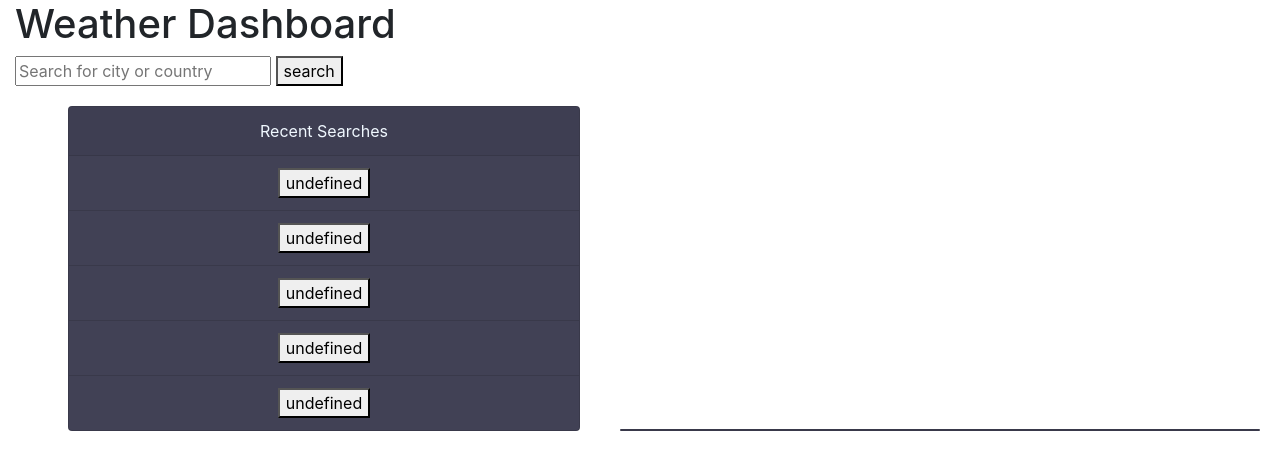
Repository: cobalt88/weather-forecast-app
Page: index.html
An editor plug-in stored every save of this project. The page is shown before and after the next save, followed by the edit.
The browser window is 1280 px wide. The pictures show the whole page.
The page's requests for data from a server got no answer. Some web libraries are served in a nearby version.

Above is the page before, as saved 2022-05-23 12:25:39.

### index.html
<!DOCTYPE html>
<html lang="en">
  <head>
    <meta charset="UTF-8" />
    <meta http-equiv="X-UA-Compatible" content="IE=edge" />
    <meta name="viewport" content="width=device-width, initial-scale=1.0" />
    <link
      rel="stylesheet"
      href="https://stackpath.bootstrapcdn.com/bootstrap/4.3.1/css/bootstrap.min.css"
    />
    <link
      rel="stylesheet"
      href="https://use.fontawesome.com/releases/v5.8.1/css/all.css"
      integrity="sha384-50oBUHEmvpQ+1lW4y57PTFmhCaXp0ML5d60M1M7uH2+nqUivzIebhndOJK28anvf"
      crossorigin="anonymous"
    />
    <link
      href="https://fonts.googleapis.com/css?family=Open+Sans&display=swap"
      rel="stylesheet"
    />

    <link href="./assets/style.css" rel="stylesheet" />
    <title>Weather</title>
  </head>

  <body>
    <header>
      <h1 class="center col-12">Weather Dashboard</h1>
    </header>
    <div class="col-xl-4 col-lg-4 col-md-4 col-sm-4 col-4">
      <input
        type="text"
        id="searchInput"
        placeholder="Search for city or country"
      />
      <button type="button" id="search-button">search</button>
    </div>
    <div class="cardContainer">
        <div  id="history" class="card history-card">
          <div class="card-header">
            Recent Searches
          </div>
            <ul class="list-group list-group-flush" id="history-container">
          </ul>
        </div>
        <div class="card" id="today">
      </div>
    </div>
    <div id="5-day-container" class="cardContainer">
    </div>
    <script src="https://code.jquery.com/jquery-3.4.1.min.js"></script>
    <script src="https://cdnjs.cloudflare.com/ajax/libs/moment.js/2.20.1/moment.min.js"></script>
    <script src="./assets/logic_2.js"></script>
  </body>
</html>

### assets/style.css
.card {
  display: flex;
  background-color: rgb(65, 65, 85);
  color: aliceblue;
  margin: 20px;
}

.history-card {
  display: flex;
  justify-content: flex-start;
  width: 40%;
  text-align: center;
}

.list-group-item {
  background-color: rgb(65, 65, 85);
}

#today {
  display: flex;
  width: 50%;
  max-height: 500px;
  align-self: flex-end;
}

img {
  max-height: 100px;
  max-width: 100px;
}

.cardContainer {
  display: flex;
  flex-direction: row;
  justify-content: flex-end;
  flex-wrap: wrap;
}

.cityList {
  display: flex;
  flex-direction: row;
  width: 25%;
  max-width: 500px;
}

.uvMin{
  color: green;
}

.uvModerate {
  color: rgb(254, 254, 68);
}

.uvHigh {
  color: orange;
}

.uvSevere {
  color: red;
}

.uvExtreme {
  color: violet
}

@media only screen and (max-width: 900px) {
  #today {
    width: 90%;
  }

  .history-card {
    width: 90%;
  }

}

@media only screen and (max-width: 500px) {
  .cardContainer {
    display: flex;
    flex-direction: column;
    justify-content: center;
    align-items: center;
  }
}

### assets/logic_2.js

const apiKey = '486a30fe2a4040f404391459060015ad';
var displayArr = [];
var geoArr = [];
var oneCallDataArr = [];
var searchInput = localStorage.getItem('lastSearch');
var lat = '';
var lon = '';
var forecastContainer = document.getElementById('5-day-container');
var currentDay = document.getElementById('today');
const history = document.getElementById('history-container');
const historyArr = [];

function geoLocate() {
  var requestLocationUrl = `https://api.openweathermap.org/geo/1.0/direct?q=${searchInput}&limit=1&appid=${apiKey}`
  fetch(requestLocationUrl)
  .then(function(response){
    return response.json();
  })
  .then(function(currentLocation) {
    let tempArr = [];
    tempArr.push(currentLocation);
    geoArr = tempArr;
    let lat2 = geoArr[0][0].lat;
    lat = lat2;
    let lon2 = geoArr[0][0].lon;
    lon = lon2;
  })
.then(function(){
    oneCall();
  });
};

function oneCall() {
  let oneCallApi = `https://api.openweathermap.org/data/2.5/onecall?lat=${lat}&lon=${lon}&exclude=minutely&appid=${apiKey}`
  fetch(oneCallApi)
  .then(function(response){
    return response.json();
  })
  .then(function(allData) {
    let tempArr = [];
    tempArr.push(allData)
    oneCallDataArr = tempArr;
    forecastDisplayHandler();
  })
  .then(function(){
    // console.log(oneCallDataArr)
  })
};

  function kelvinToImperial (x) {
    Math.round((x - 273.15) * 1.8 + 32);
  }



const forecastDisplayHandler = async() => {
  forecastContainer.innerHTML = '';
  var now = moment().format('dddd MMMM do YYYY, h:mm a');
  var currentCity = geoArr[0][0].name;
  let tempKd = oneCallDataArr[0].daily[0].temp.day;
  let tempKmax = oneCallDataArr[0].daily[0].temp.max;
  let tempKmin = oneCallDataArr[0].daily[0].temp.min;
  let tempKe = oneCallDataArr[0].daily[0].temp.eve;

  let tempFd = Math.round((tempKd - 273.15) * 1.8 + 32);
  let tempFmin = Math.round((tempKmin - 273.15) * 1.8 + 32);
  let tempFmax = Math.round((tempKmax - 273.15) * 1.8 + 32);
  let tempFe = Math.round((tempKe - 273.15) * 1.8 + 32);

  let windSpeed = oneCallDataArr[0].daily[0].wind_speed;
  let windGust = oneCallDataArr[0].daily[0].wind_gust;
  let humidity = oneCallDataArr[0].daily[0].humidity;
  let uvIndex = oneCallDataArr[0].daily[0].uvi;
  let icon = oneCallDataArr[0].daily[0].weather[0].icon;
  let uvStyle = (uvIndex < 2) ? 'uvMin' : (uvIndex < 5) ? 'uvModerate' : (uvIndex < 7) ? 'uvHigh' : (uvIndex < 10) ? 'uvSevere' : 'uvExtreme';


  let iconSrc = `https://openweathermap.org/img/wn/${icon}@2x.png`

   currentDay.innerHTML =
  `

    <h2 id="city">${currentCity}</h2>
    <h4 id="date">${now}</h4>
    <img src="${iconSrc}" alt="Weather Icon">
    <p id="weather-${i}></p>
    <p id="temp-${i}">Day Temp: ${tempFd}</p>
    <p id="temp-${i}">Evening Temp: ${tempFe}</p>
    <p id="temp-${i}">Max Temp: ${tempFmax}</p>
    <p id="temp-${i}">Min Temp: ${tempFmin}</p>
    <p id="wind-${i}">Average Wind Speed: ${windSpeed}</p>
    <p id="wind-${i}">Wind Gust: ${windGust}</p>
    <p id="humidity-${i}">Relative Humidity: ${humidity}%</p>
    <p id="uv-index${i}" class="${uvStyle}">UV Index: ${uvIndex}</p>
    `;



for (var i = 1; i < 6; i++) {

  let unixTime = oneCallDataArr[0].daily[i].dt;
  let dateString = moment.unix(unixTime).format("MM/DD/YYYY");

  let tempKmax = oneCallDataArr[0].daily[i].temp.max;
  let tempKmin = oneCallDataArr[0].daily[i].temp.min;

  let tempFmin = Math.round((tempKmin - 273.15) * 1.8 + 32);
  let tempFmax = Math.round((tempKmax - 273.15) * 1.8 + 32);

  let humidity = oneCallDataArr[0].daily[i].humidity;
  let uvIndex = oneCallDataArr[0].daily[i].uvi;
  let icon = oneCallDataArr[0].daily[i].weather[0].icon;
  let uvStyle = (uvIndex < 2) ? 'uvMin' : (uvIndex < 5) ? 'uvModerate' : (uvIndex < 7) ? 'uvHigh' : (uvIndex < 10) ? 'uvSevere' : 'uvExtreme';


  let iconSrc = `https://openweathermap.org/img/wn/${icon}@2x.png`

  forecastContainer.innerHTML +=
      `
      <div id="day ${i}" class="card col-10 col-sm-5 col-lg-3">
        <h2 id="date" class="card-title">${dateString}</h2>
          <img src="${iconSrc}" class="card-img-top" alt="Weather Icon"/>
            <p id="weather-${i}></p>
            <p id="temp-${i}">Max Temp: ${tempFmin}</p>
            <p id="temp-${i}">Min Temp: ${tempFmax}</p>
            <p id="humidity-${i}">Relative Humidity: ${humidity}%</p>
            <p id="uv-index${i}" class="${uvStyle}">UV Index: ${uvIndex}</p>
      </div>
    `
};
}


function addItem(searchInput) {
  var existingEntries = JSON.parse(localStorage.getItem("cities") || '[]');

  if (!existingEntries.includes(searchInput)) {
    existingEntries.push(searchInput);
    localStorage.setItem("cities", JSON.stringify(existingEntries));
  }
}


const storage = async() => {
  let storage = []
  storedStuff = await JSON.parse(localStorage.getItem("cities"));
  if(storedStuff != undefined){
     historyArr.push(...storedStuff);
  }

  console.log(storage);
}

function displayHistory() {
  history.innerHTML = '';
for(var i = 0; i < 5; i++) {
  history.innerHTML +=  `<li class="list-group-item"><button type="button" id="list-button">${historyArr[i]}</button></li>`;
  }
}

$("#search-button").on("click", function () {
  searchInput = $(this).siblings("#searchInput").val();
  addItem(searchInput);
  geoLocate();

});

$("#list-button").on("click", function(){

  console.log('button has been clicked');
});



$(document).ready(function(){


  searchInput = 'Orlando';
  geoLocate();
  storage()
  displayHistory();
} );

After the next save:
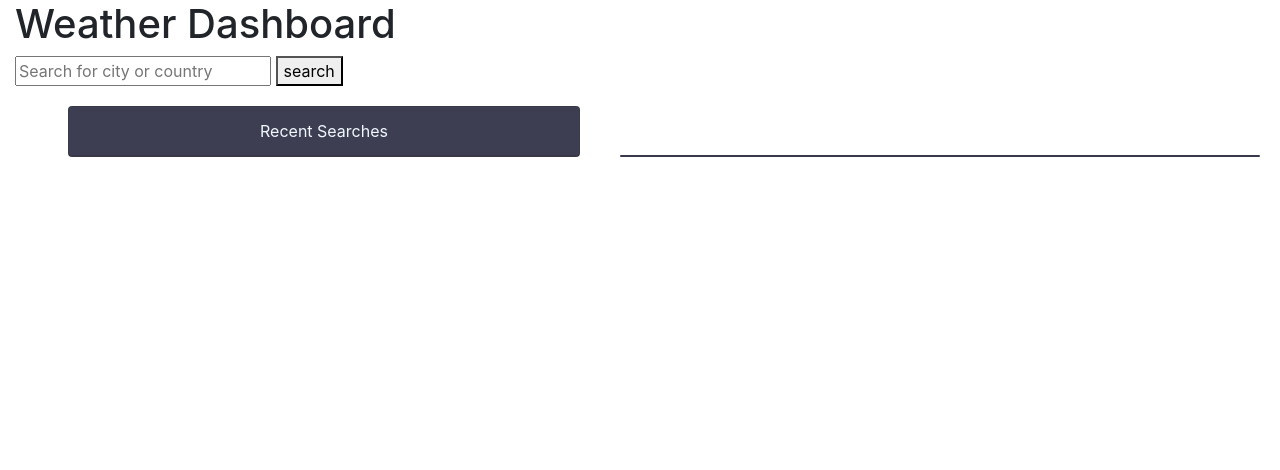
Console error: ReferenceError: Cannot access 'storage' before initialization
Saved 25 min 30 s later.
--- a/assets/logic_2.js
+++ b/assets/logic_2.js
@@ -9,7 +9,7 @@
 var forecastContainer = document.getElementById('5-day-container');
 var currentDay = document.getElementById('today');
 const history = document.getElementById('history-container');
-const historyArr = [];
+
 
 function geoLocate() {
   var requestLocationUrl = `https://api.openweathermap.org/geo/1.0/direct?q=${searchInput}&limit=1&appid=${apiKey}`
@@ -159,6 +159,13 @@
   }
 }
 
+const readyPage = async () => {
+  searchInput = 'Orlando';
+  geoLocate();
+  let storage = await storage()
+  displayHistory();
+} ;
+
 $("#search-button").on("click", function () {
   searchInput = $(this).siblings("#searchInput").val();
   addItem(searchInput);
@@ -173,11 +180,4 @@
 
 
 
-$(document).ready(function(){
-
-
-  searchInput = 'Orlando';
-  geoLocate();
-  storage()
-  displayHistory();
-} );
+$(document).ready(readyPage)

After the save that followed:
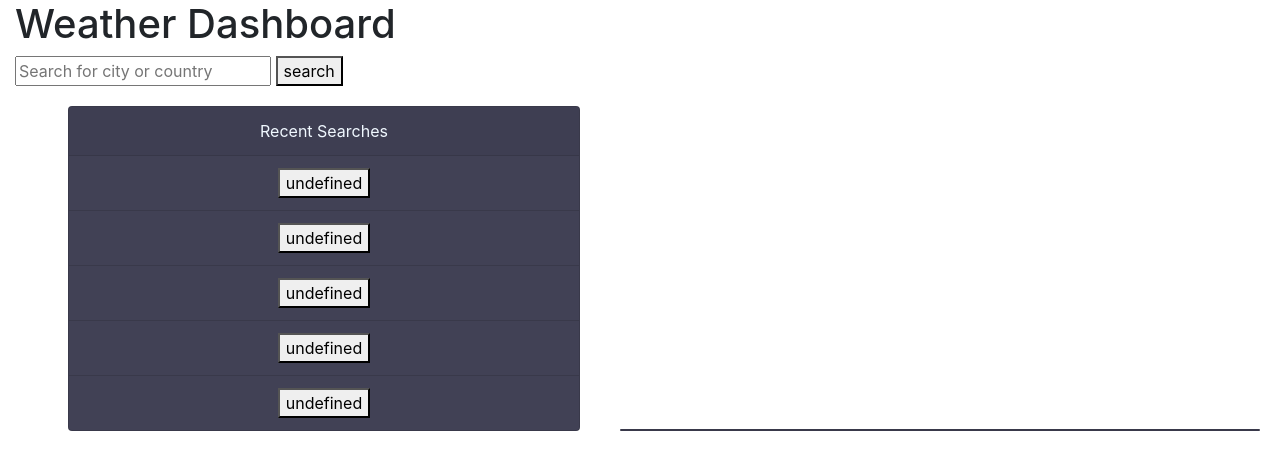
The error is gone.
Saved 3 min 32 s later.
--- a/assets/logic_2.js
+++ b/assets/logic_2.js
@@ -143,27 +143,25 @@
 
 
 const storage = async() => {
-  let storage = []
+  let storageArr = []
   storedStuff = await JSON.parse(localStorage.getItem("cities"));
   if(storedStuff != undefined){
-     historyArr.push(...storedStuff);
-  }
-
-  console.log(storage);
+     storageArr.push(...storedStuff);
+  } return storageArr;
 }
 
-function displayHistory() {
+function displayHistory(storageArr) {
   history.innerHTML = '';
 for(var i = 0; i < 5; i++) {
-  history.innerHTML +=  `<li class="list-group-item"><button type="button" id="list-button">${historyArr[i]}</button></li>`;
+  history.innerHTML +=  `<li class="list-group-item"><button type="button" id="list-button">${storageArr[i]}</button></li>`;
   }
 }
 
 const readyPage = async () => {
   searchInput = 'Orlando';
   geoLocate();
-  let storage = await storage()
-  displayHistory();
+  let storageArr = await storage();
+  displayHistory(storageArr);
 } ;
 
 $("#search-button").on("click", function () {
